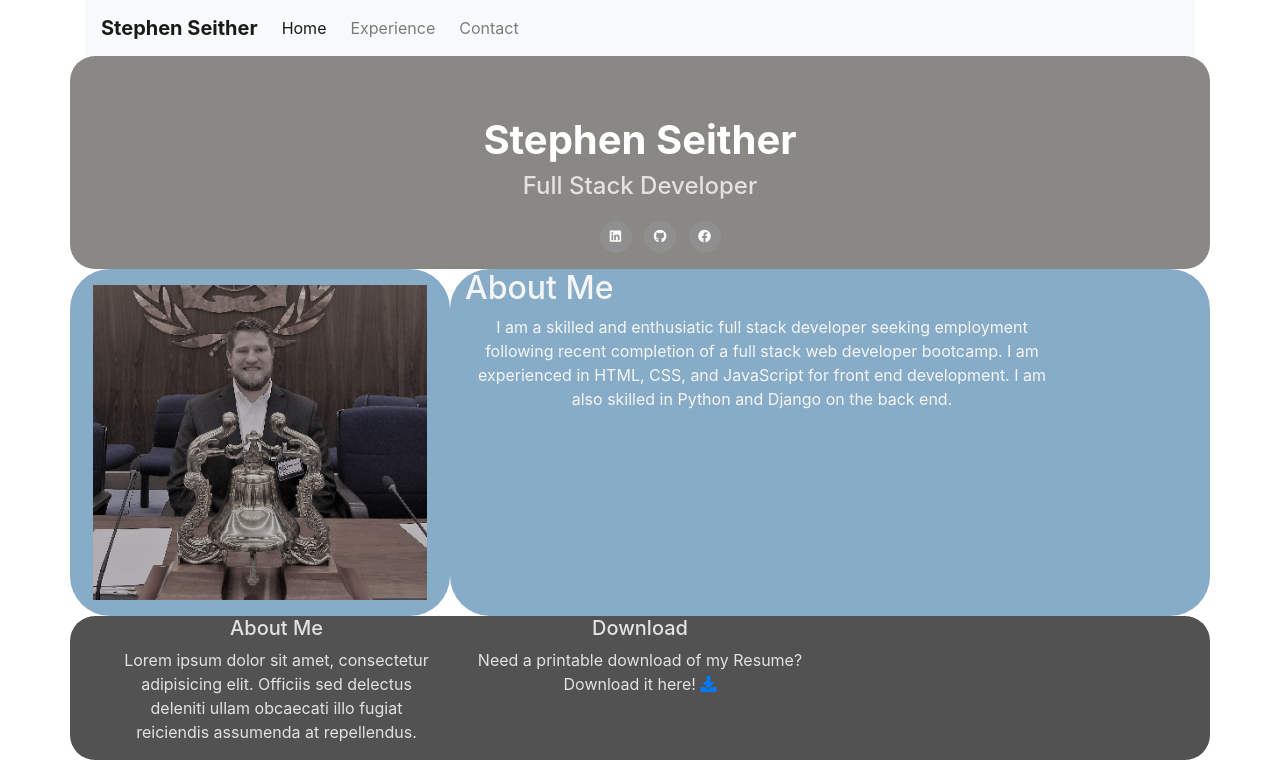
Repository: stephenseither/First-Milestone-Project
Page: index.html
The author's editor kept a record of every edit. The page is drawn from the files as they stood at one moment, then again after the next edit.
The browser window is 1280 px wide. The pictures show the whole page.
Some web libraries are served in a nearby version.

Above is the page before.

After the next edit:
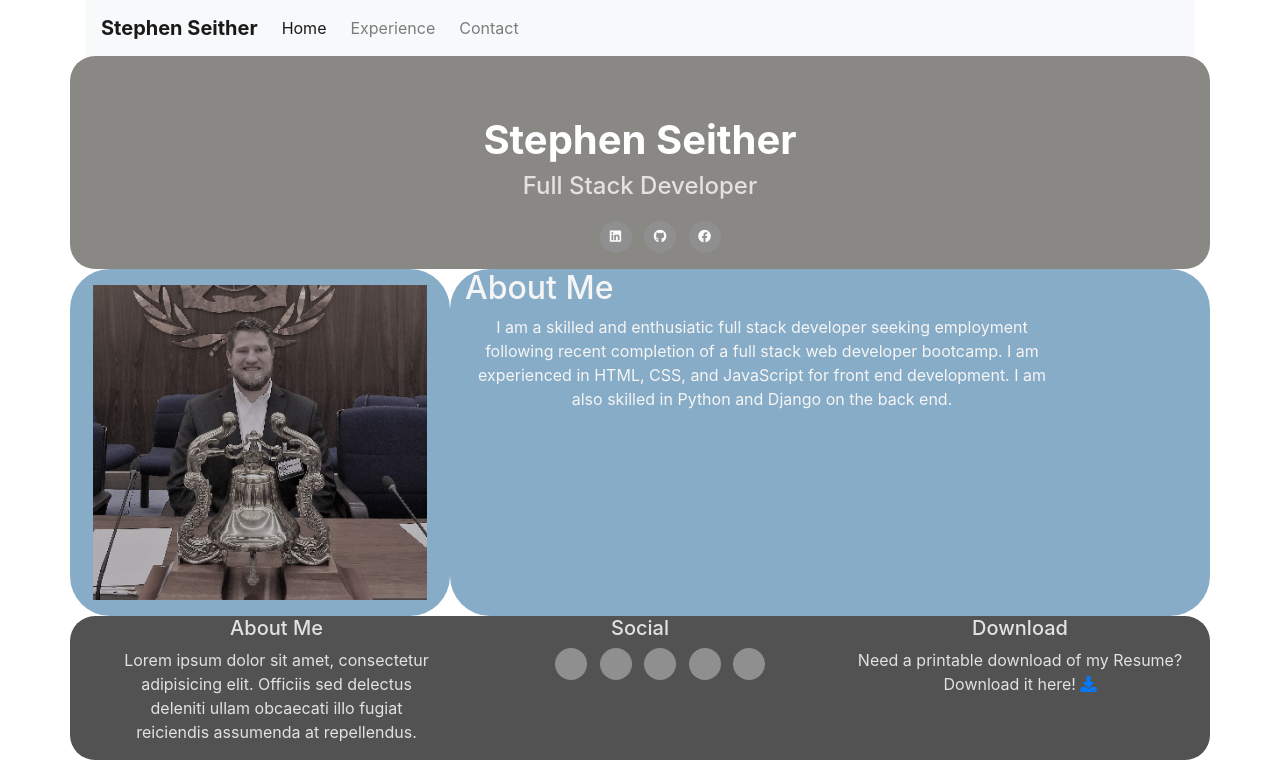
The edit:
--- a/index.html
+++ b/index.html
@@ -92,6 +92,41 @@
                     <p>Lorem ipsum dolor sit amet, consectetur adipisicing elit. Officiis sed delectus deleniti ullam obcaecati illo fugiat reiciendis assumenda at repellendus.</p>
                 </div>
                 <div class="col-md-4">
+                    <h5 class="uppercase general-sub">Social</h5>
+                <ul class="list-inline social-links">
+                    <li class="list-inline-item">
+                        <a target="_blank" href="#">
+                            <i class="fa fa-facebook" aria-hidden="true"></i>
+                            <span class="sr-only">Facebook</span>
+                        </a>
+                    </li>
+                    <li class="list-inline-item">
+                        <a target="_blank" href="#">
+                            <i class="fa fa-linkedin" aria-hidden="true"></i>
+                            <span class="sr-only">LikedIn</span>
+                        </a>
+                    </li>
+                    <li class="list-inline-item">
+                        <a target="_blank" href="#">
+                            <i class="fa fa-pinterest" aria-hidden="true"></i>
+                            <span class="sr-only">Pintrest</span>
+                        </a>
+                    </li>
+                    <li class="list-inline-item">
+                        <a target="_blank" href="#">
+                            <i class="fa fa-instagram" aria-hidden="true"></i>
+                            <span class="sr-only">Instagram</span>
+                        </a>
+                    </li>
+                    <li class="list-inline-item">
+                        <a target="_blank" href="#">
+                            <i class="fa fa-youtube" aria-hidden="true"></i>
+                            <span class="sr-only">Youtube</span>
+                        </a>
+                    </li>
+                </ul>
+                </div>
+                <div class="col-md-4">
                     <h5>Download</h5>
                     <p>Need a printable download of my Resume? Download it here!
                         <a href="assets/resume/resume.pdf" target="_blank"><i class="fa fa-download" aria-hidden="true"></i>
